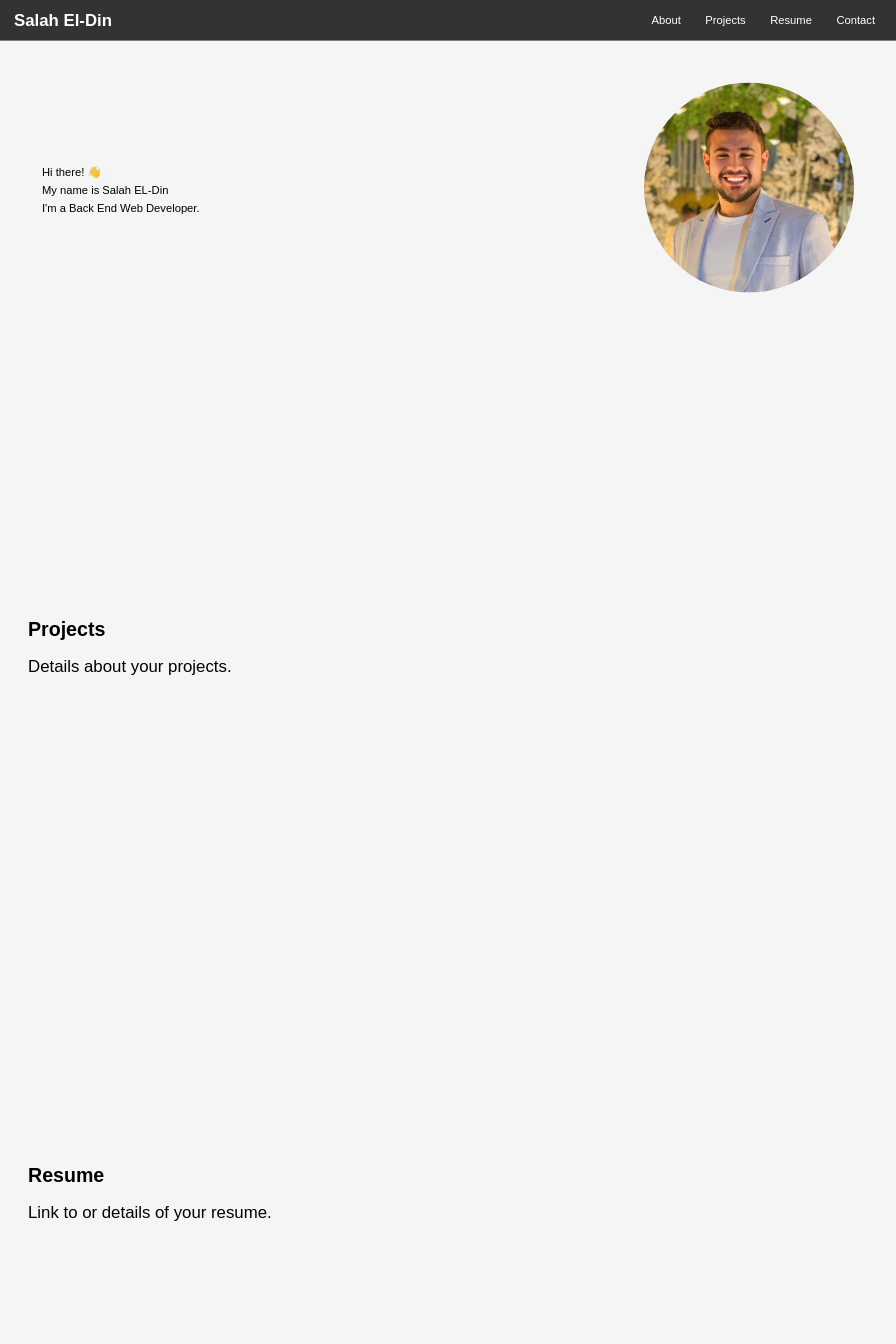
Repository: Salah-Wael/Salah-EL-Din-Portfolio
Page: index.html
The author's editor kept a copy of each file at every save. The page is drawn from the files as they stood at one save, then again after a run of saves.
The browser window is 1280 px wide. The pictures show the part of the page from y = 0 to 1920 px (the page is 3198 px tall), at 70% of full size.

Above is the page before, as saved 2024-07-13 03:26:44.

After the next 2 saves:
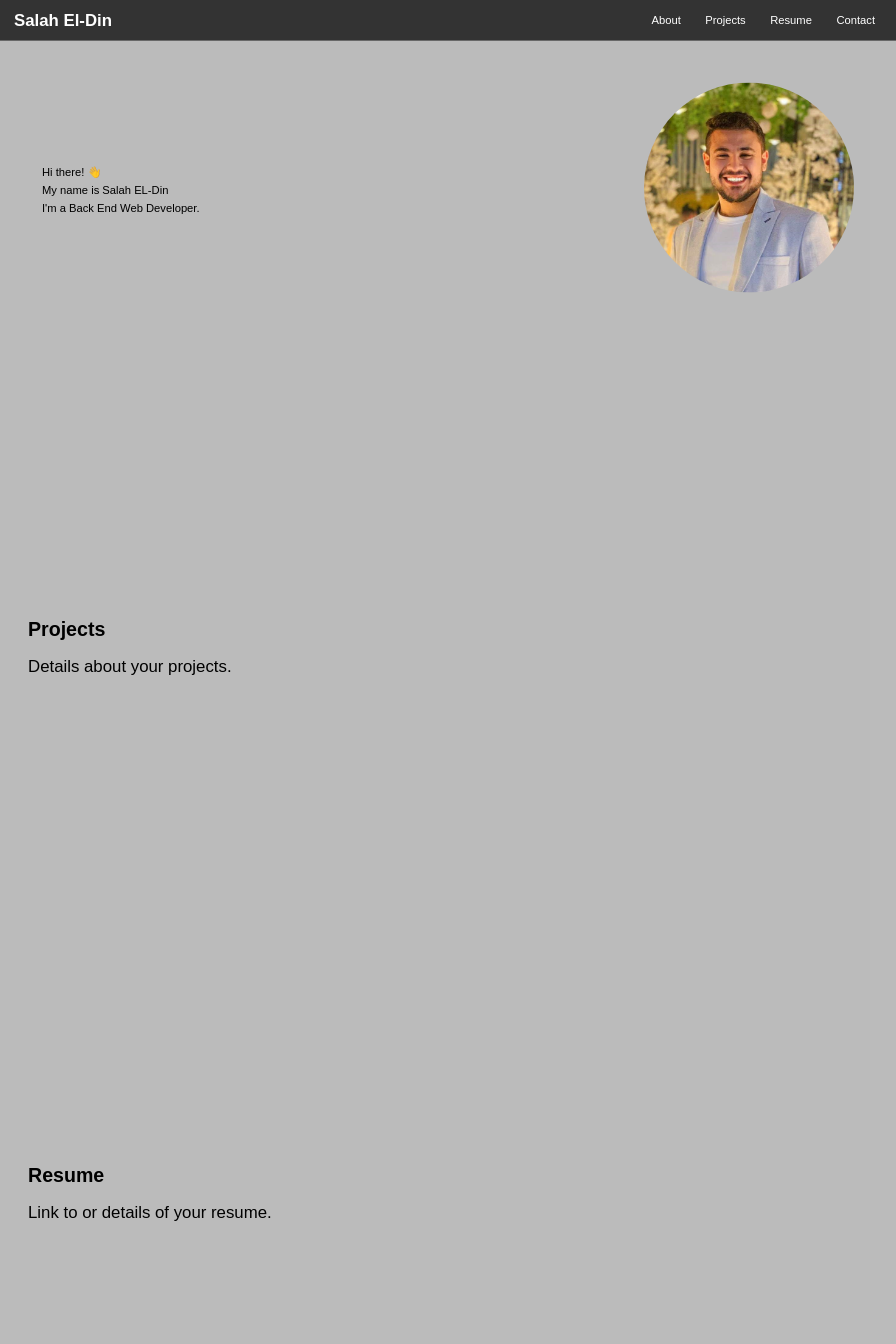
The 2 saves are shown as one change because they came seconds apart.
The last was saved 13 s later.
--- a/style.css
+++ b/style.css
@@ -11,7 +11,7 @@ body, h1, h2, p, ul, li, a {
 body {
   font-family: Arial, sans-serif;
   line-height: 1.6;
-  background-color: #f5f5f5;
+  background-color: #bbb;
 }
 
 /* Styling for navigation bar */
